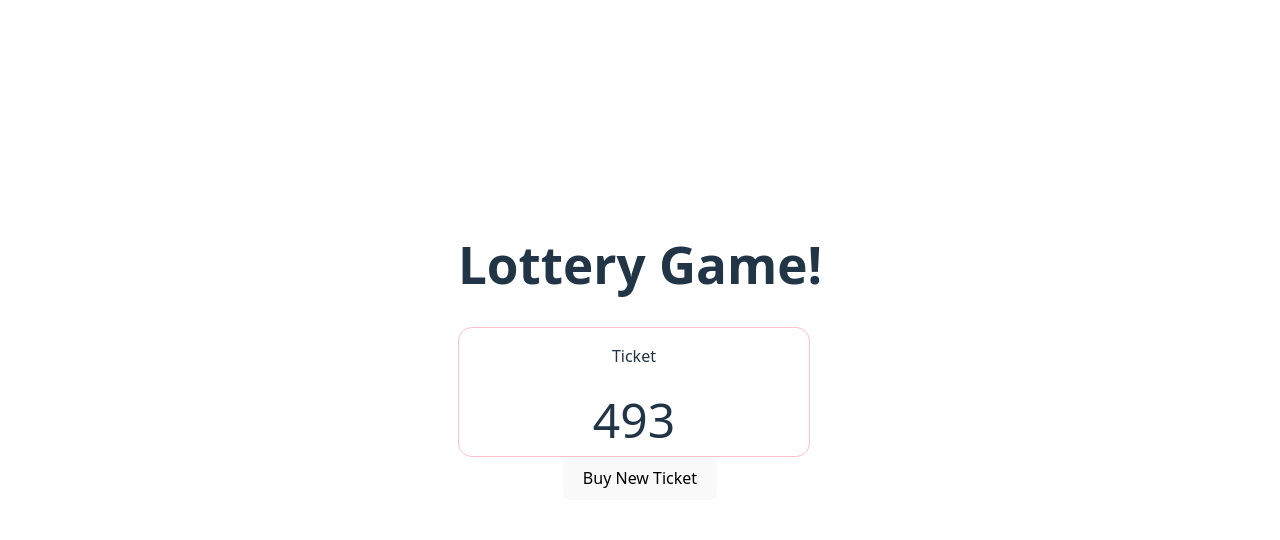
Repository: Ravikumar7210/Web_workspace
Page: / (app in React_Projects/Lottery/)
An editor plug-in stored every save of this project. The page is shown before and after the next save, followed by the edit.
The browser window is 1280 px wide. The pictures show the whole page.
The project was rebuilt for these pictures with package versions that can differ from the ones it lists, and the page was loaded fresh each time. Also part of the build but not shown: React_Projects/Lottery/vite.config.js.

Above is the page before, as saved 2025-04-07 18:04:12.

After the next save:
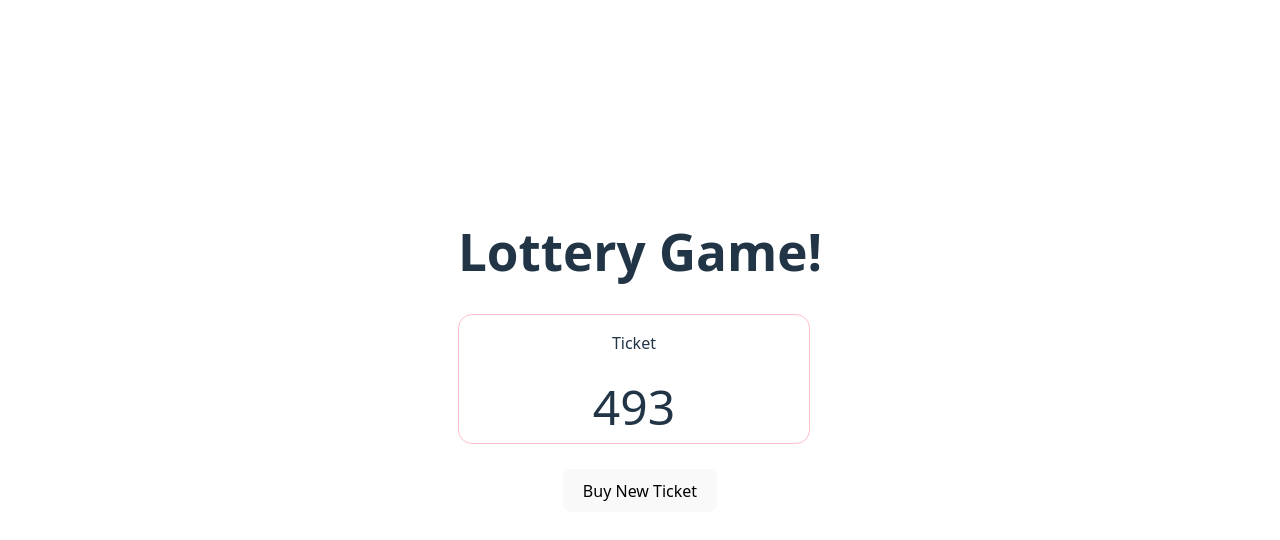
Saved 10 s later.
--- a/React_Projects/Lottery/src/Ticket.css
+++ b/React_Projects/Lottery/src/Ticket.css
@@ -2,4 +2,5 @@
     border: 1px solid pink;
     border-radius: 14px;
     width: 350px;
+    margin-bottom: 25px;
     }
